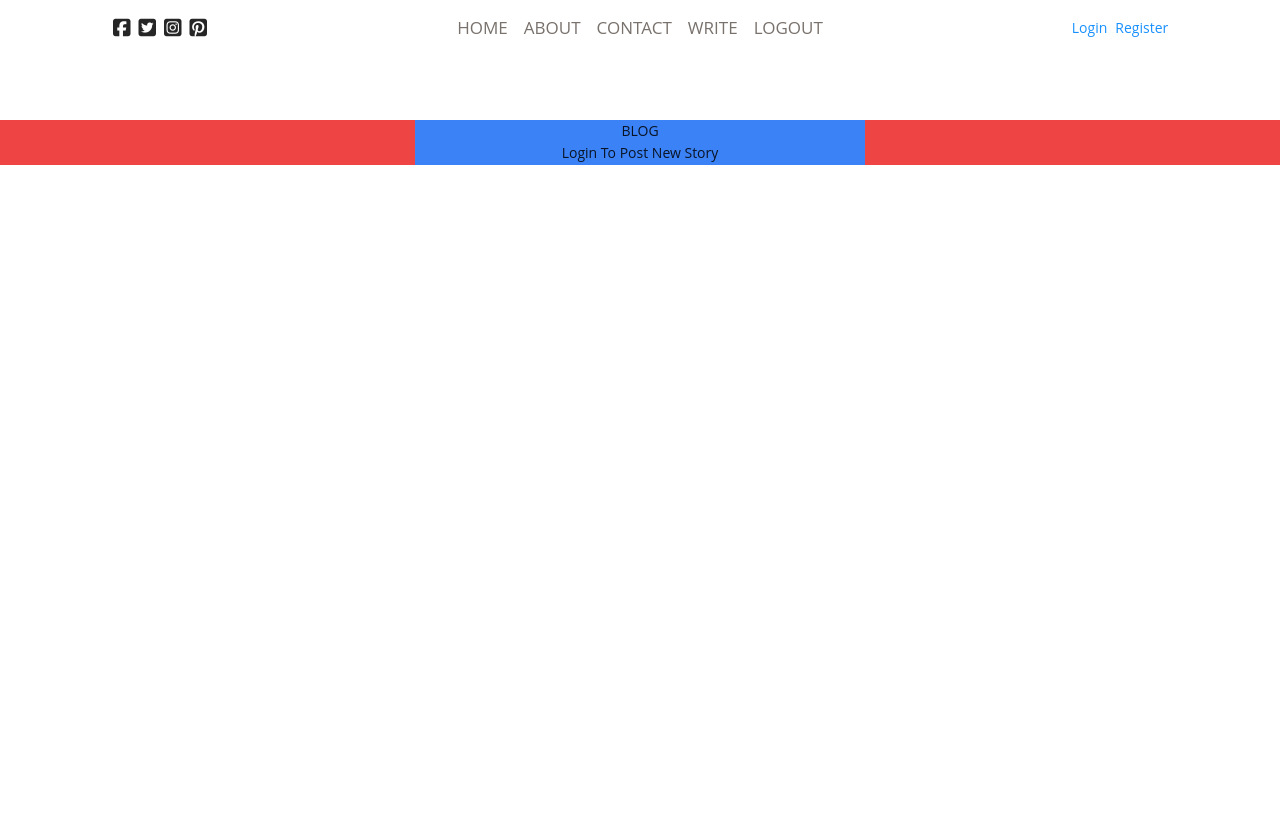
Repository: truongnguyenuit/Blog_App_ver2
Page: /login (app in client/)
These files come from the project's save history. The page is drawn as it stood at one moment and after a run of saves; the edit follows.
The browser window is 1280 px wide. The pictures show the whole page.
Some web libraries are served in a nearby version. The project was rebuilt for these pictures with package versions that can differ from the ones it lists, and the page was loaded fresh each time. Also part of the build but not shown: client/src/components/AboutComponent.js, client/src/pages/HomePage.js, client/src/pages/RegisterPage.js.

Above is the page before, as saved 2022-07-18 11:22:30.

### client/public/index.html
<!DOCTYPE html>
<html lang="en">
  <head>

    <meta charset="utf-8" />
    <meta name="viewport" content="width=device-width, initial-scale=1" />
    <meta
      name="description"
      content="Web site created using create-react-app"
    />
    <style>
      *{
        font-family: 'Open Sans', sans-serif;
        margin: 0;
      }
    </style>
    <script src="https://kit.fontawesome.com/cd2089affa.js" crossorigin="anonymous"></script>
    <title>Blog App</title>

  </head>
  <body>

    <noscript>You need to enable JavaScript to run this app.</noscript>
    <div id="root"></div>

  </body>
</html>

### client/src/index.js
import React from 'react';
import ReactDOM from 'react-dom/client';
import './index.css';
import App from './App';
import 'antd/dist/antd.min.css'


const root = ReactDOM.createRoot(document.getElementById('root'));
root.render(
  <React.StrictMode>
    <App />
  </React.StrictMode>
);

### client/src/App.js
import { BrowserRouter, Route, Routes } from "react-router-dom";
import { configRouter } from './router/configRouter';
import NavbarComponent from './components/NavbarComponent';
function App() {
  return (
    <div>
      <BrowserRouter>
        <div className="fixed top-0 left-0 right-0 z-10">
          <NavbarComponent />
        </div>
        <div className="mt-[50px]"></div>
        <Routes>
          {configRouter.map((item, index) => {
            return (
              <Route
                key={index}
                path={item.path}
                element={item.page}
              />
            );
          })}

        </Routes>

      </BrowserRouter>
    </div>
  );
}

export default App;

### client/src/router/configRouter.js
import HomePage from "../pages/HomePage";
import LoginPage from "../pages/LoginPage";
import RegisterPage from "../pages/RegisterPage";
import { pathName } from "./pathName";

export const configRouter=[
  {
    path: pathName.home,
    page: <HomePage/>,
  },
  {
    path: pathName.login,
    page: <LoginPage/>,
  },
  {
    path: pathName.register,
    page: <RegisterPage/>
  }
]

### client/src/components/NavbarComponent.js
import React from 'react'
import { Link } from "react-router-dom";
import { Row, Col } from "antd"
import { pathName } from '../router/pathName';

const NavigateRouter = [
  {
    path: "",
    name: "HOME",
  },
  {
    path: "",
    name: "ABOUT",
  },
  {
    path: "",
    name: "CONTACT",
  },
  {
    path: "",
    name: "WRITE",
  },
  {
    path: "",
    name: "LOGOUT",
  },
];

const NavbarComponent = () => {
  return (
    <div className="bg-white">
      <Row >

        <Col span={6} className="h-14">
          <div className="flex justify-center items-center text-[20px] gap-2 h-14">
            <i className="fa-brands fa-facebook-square cursor-pointer"></i>
            <i className="fa-brands fa-twitter-square cursor-pointer"></i>
            <i className="fa-brands fa-instagram-square cursor-pointer"></i>
            <i className="fa-brands fa-pinterest-square cursor-pointer"></i>
          </div>
        </Col>

        <Col span={12} className="h-14">
          <nav>
            <ul className="flex justify-center items-center text-[17px] gap-4 h-14">
              {NavigateRouter.map((item, index) => {
                return (
                  <li key={index}>
                    <Link to={item.path} className="text-stone-500 hover:text-stone-400">
                      {item.name}
                    </Link>
                  </li>
                );

              })}
            </ul>
          </nav>
        </Col>

        <Col span={6} className="h-14">
          <div className="flex justify-center items-center gap-2 h-14">
            <Link to={pathName.login}>
              Login
            </Link>
            <Link to={pathName.register}>
              Register
            </Link>
          </div>
        </Col>

      </Row>
    </div>
  )
}

export default NavbarComponent

### client/src/pages/LoginPage.js
import React from 'react'
import { Button, Input, Row, Col } from "antd";
import { pathName } from "../router/pathName";
import { Link, useNavigate } from "react-router-dom";
const LoginPage = () => {
  return (
    <div className='bg-red-500  mt-[120px] flex justify-center'>
      <div className="bg-blue-500 w-[450px] flex flex-col items-center">
        <span>
          BLOG
        </span>
        <span className="s">
          Login To Post New Story
        </span>
        <form onSubmit={''}>
          <Row>
            <Col>

            </Col>
          </Row>
        </form>
      </div>

    </div>
  )
}

export default LoginPage

### client/src/router/pathName.js
export const pathName = {
  home: "/",

  login: "/login",
  register: "/register",

}

### client/tailwind.config.js
/** @type {import('tailwindcss').Config} */
module.exports = {
  content: ["./src/**/*.{html,js,jsx,ts}"],
  theme: {
    extend: {},
  },
  plugins: [],
}

Loaded but not shown: client/src/index.css (common file)

After the next 3 saves:
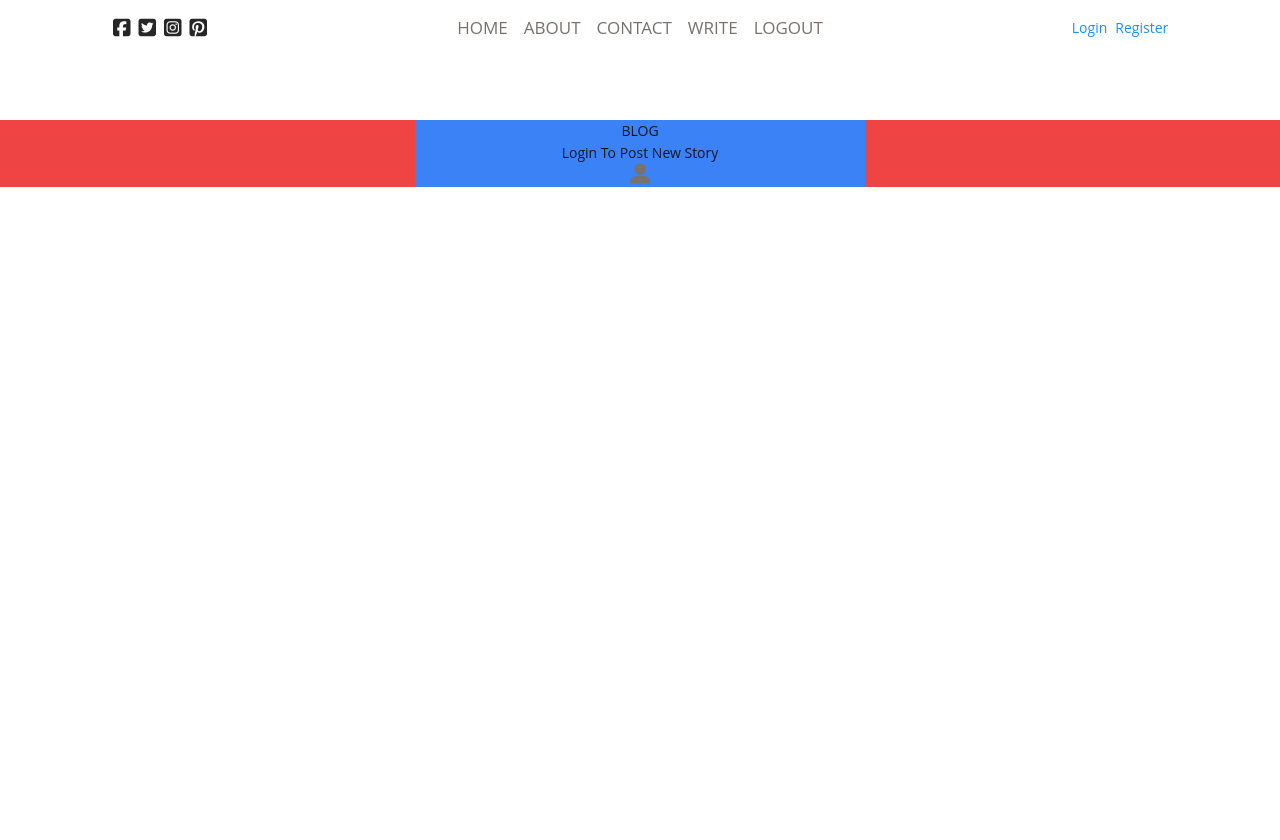
The 3 saves are shown as one change because they came seconds apart.
The last was saved 65 s later.
--- a/client/src/pages/LoginPage.js
+++ b/client/src/pages/LoginPage.js
@@ -15,6 +15,7 @@ const LoginPage = () => {
         <form onSubmit={''}>
           <Row>
             <Col>
+              <i className="fa-solid fa-user-large text-[20px] text-stone-500"></i>
 
             </Col>
           </Row>
